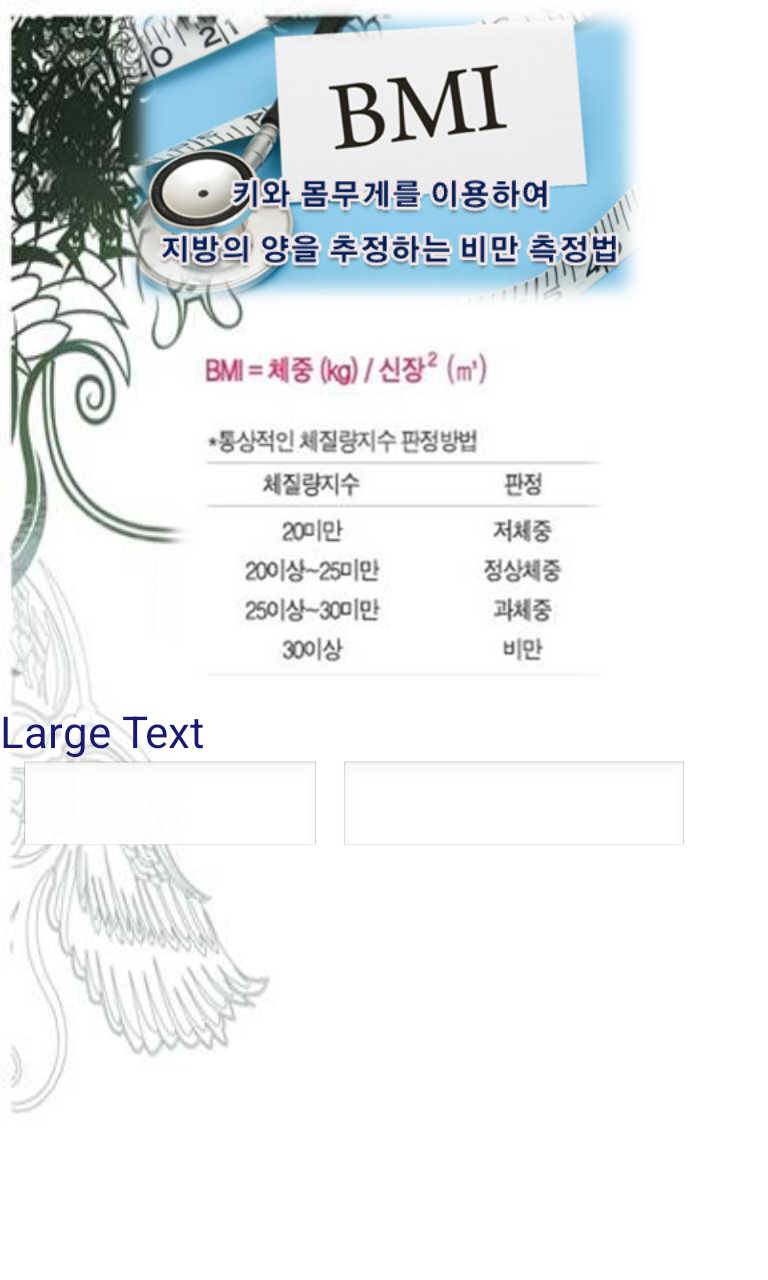
Repository: LewisLim579/2013TeamProject
Layout: PtsApp/res/layout/bmi.xml
These files come from the project's save history. The layout is drawn as it stood at one moment and after the next save; the edit follows.
It is drawn on a 768 x 1280 px phone screen (xhdpi) without system bars, with theme android:Theme.NoTitleBar.Fullscreen; the app's code is not run. The app's manifest (not shown) leaves right-to-left support off. So textAlignment, textDirection and layoutDirection are ignored, and left and right values win over start and end ones.

Above is the layout before, as saved 2013-05-23 02:43:08.

After the next save:
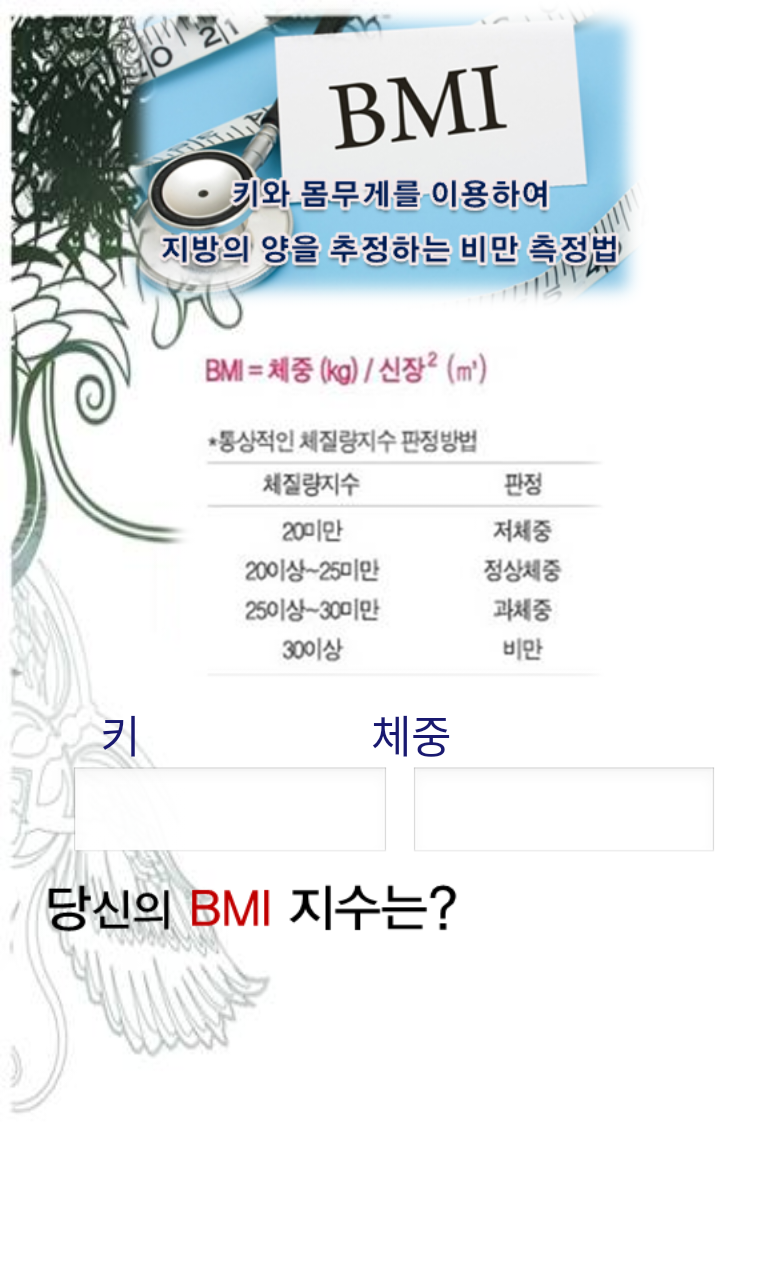
Saved 22 min 35 s later.
--- a/PtsApp/res/layout/bmi.xml
+++ b/PtsApp/res/layout/bmi.xml
@@ -31,13 +31,29 @@
 
     </LinearLayout>
 
-    <TextView
-        android:id="@+id/textView1"
+    <LinearLayout
         android:layout_width="match_parent"
-        android:layout_height="wrap_content"
-        android:text="Large Text"
-        android:textAppearance="?android:attr/textAppearanceLarge"
-        android:textColor="#191970" />
+        android:layout_height="wrap_content" >
+
+        <TextView
+            android:id="@+id/TextView01"
+            android:layout_width="wrap_content"
+            android:layout_height="wrap_content"
+            android:text="키 "
+            android:textAppearance="?android:attr/textAppearanceLarge"
+            android:layout_marginStart="50dp"
+            android:textColor="#191970" />
+
+        <TextView
+            android:id="@+id/TextView01"
+            android:layout_width="wrap_content"
+            android:layout_height="wrap_content"
+            android:layout_marginStart="110dp"
+            android:text="체중"
+            android:textAppearance="?android:attr/textAppearanceLarge"
+            android:textColor="#191970" />
+
+    </LinearLayout>
 
     <LinearLayout
         android:layout_width="match_parent"
@@ -45,22 +61,33 @@
 
         <EditText
             android:id="@+id/height"
-            android:layout_width="150dp"
+            android:layout_width="80dp"
             android:layout_height="wrap_content"
             android:layout_marginEnd="10dp"
-            android:layout_marginStart="10dp"
+            android:layout_marginStart="35dp"
+            android:layout_weight="0.24"
             android:ems="10" />
 
         <EditText
             android:id="@+id/weight"
-            android:layout_width="89dp"
+            android:layout_width="60dp"
             android:layout_height="wrap_content"
-            android:layout_weight="0.04"
-            android:ems="10"
-            android:layout_marginEnd="40dp"
-             />
+            android:layout_marginEnd="25dp"
+            android:layout_weight="0.28"
+            android:ems="10" />
     </LinearLayout>
 
+    <LinearLayout
+        android:layout_width="match_parent"
+        android:layout_height="match_parent"
+        android:orientation="vertical" >
 
+        <ImageView
+            android:id="@+id/imageView2"
+            android:layout_width="wrap_content"
+            android:layout_height="wrap_content"
+            android:src="@drawable/rbtn" />
+
+    </LinearLayout>
 
 </LinearLayout>
